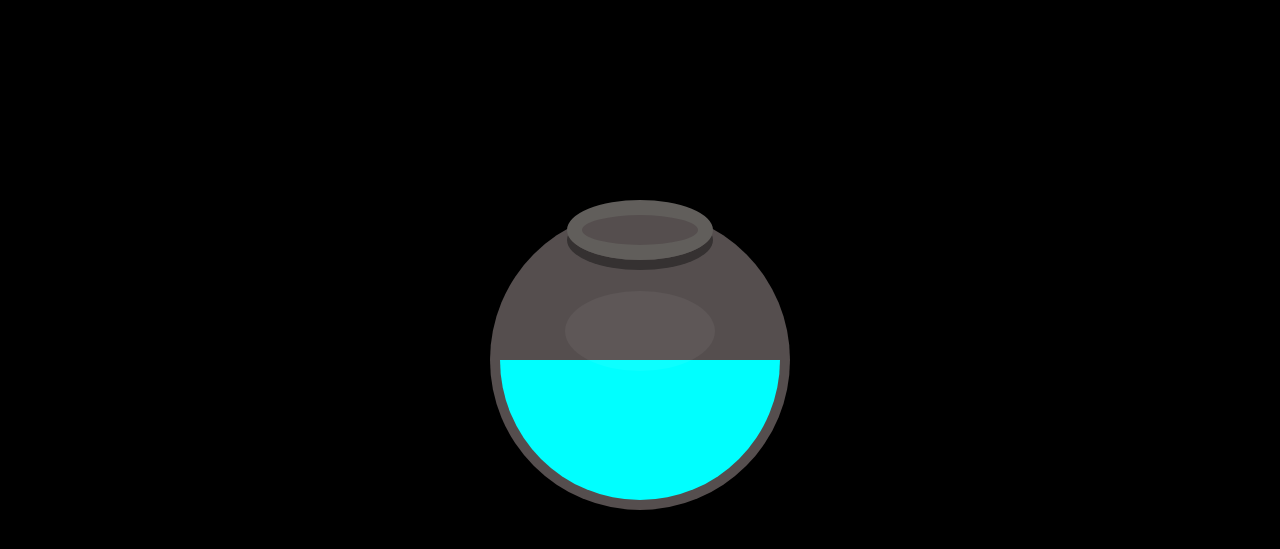
Repository: zjria/Colorful-Glowing-Liquid-Bowl-Animation-Effects
Page: index.html
An editor plug-in stored every save of this project. The page is shown before and after the next save, followed by the edit.
The browser window is 1280 px wide. The pictures show the whole page.

Above is the page before, as saved 2022-04-15 17:56:19.

After the next save:
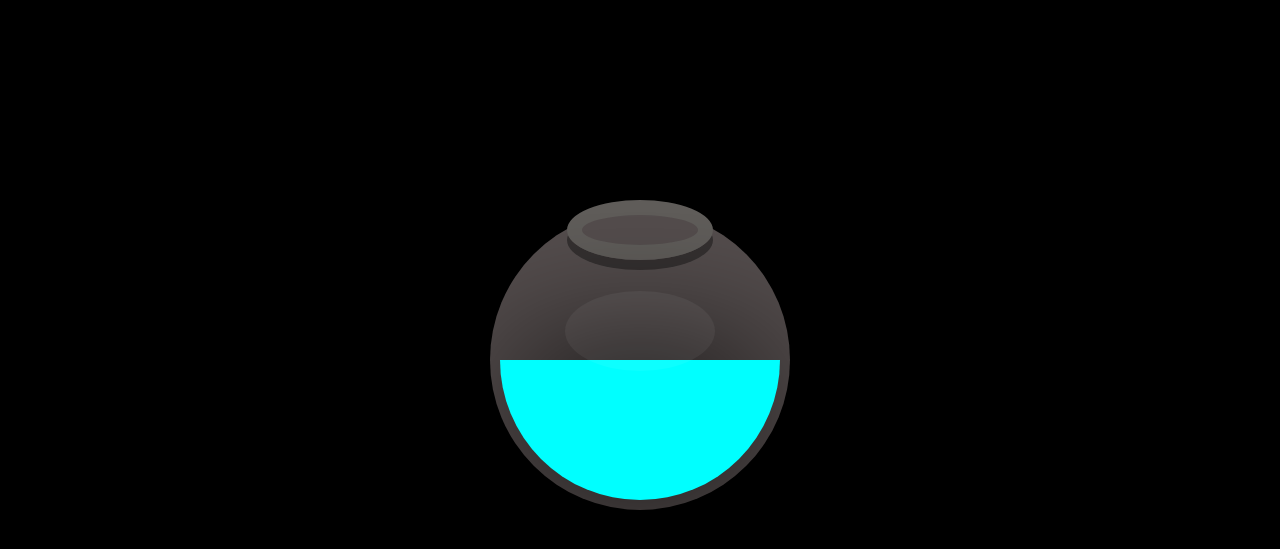
Saved 12 s later.
--- a/style.css
+++ b/style.css
@@ -51,5 +51,5 @@ section{
     background: aqua;
     border-bottom-left-radius: 150px;
     border-bottom-right-radius: 150px;
-    filter: drop-shadow()
+    filter: drop-shadow(0 0 80px )
 }
